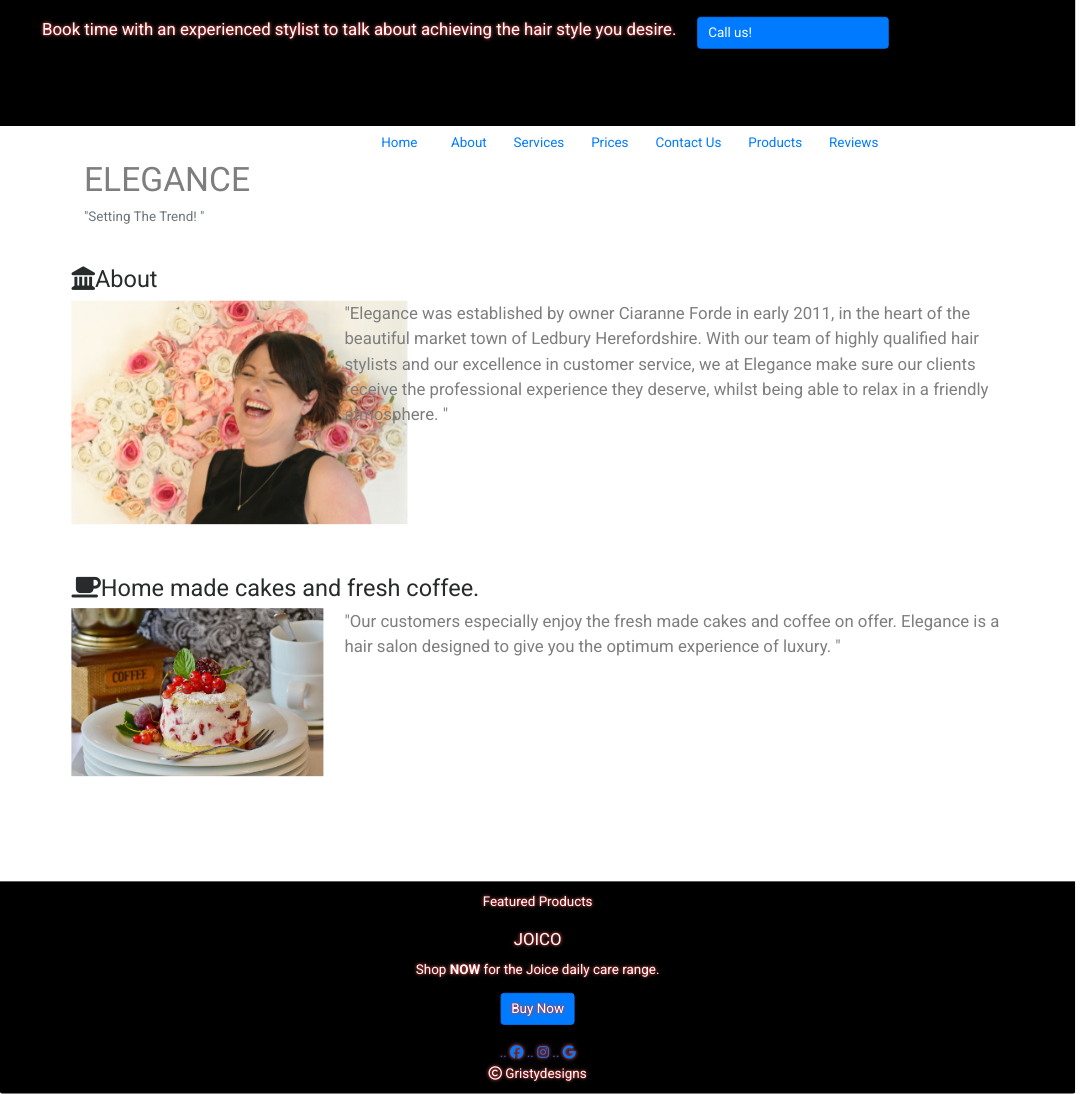
Repository: Gristydesigns/elegance-salon
Page: about.html
The author's editor kept a record of every edit. The page is drawn from the files as they stood at one moment, then again after the next edit.
The browser window is 1280 px wide. The page is 1295 px wide, so the pictures cover 1295 px, including what lies to the right of the window. The pictures show the whole page, at 84% of full size.
Some web libraries are served in a nearby version.

Above is the page before.
Console error: TypeError: Cannot read properties of undefined (reading 'fn')

After the next edit:
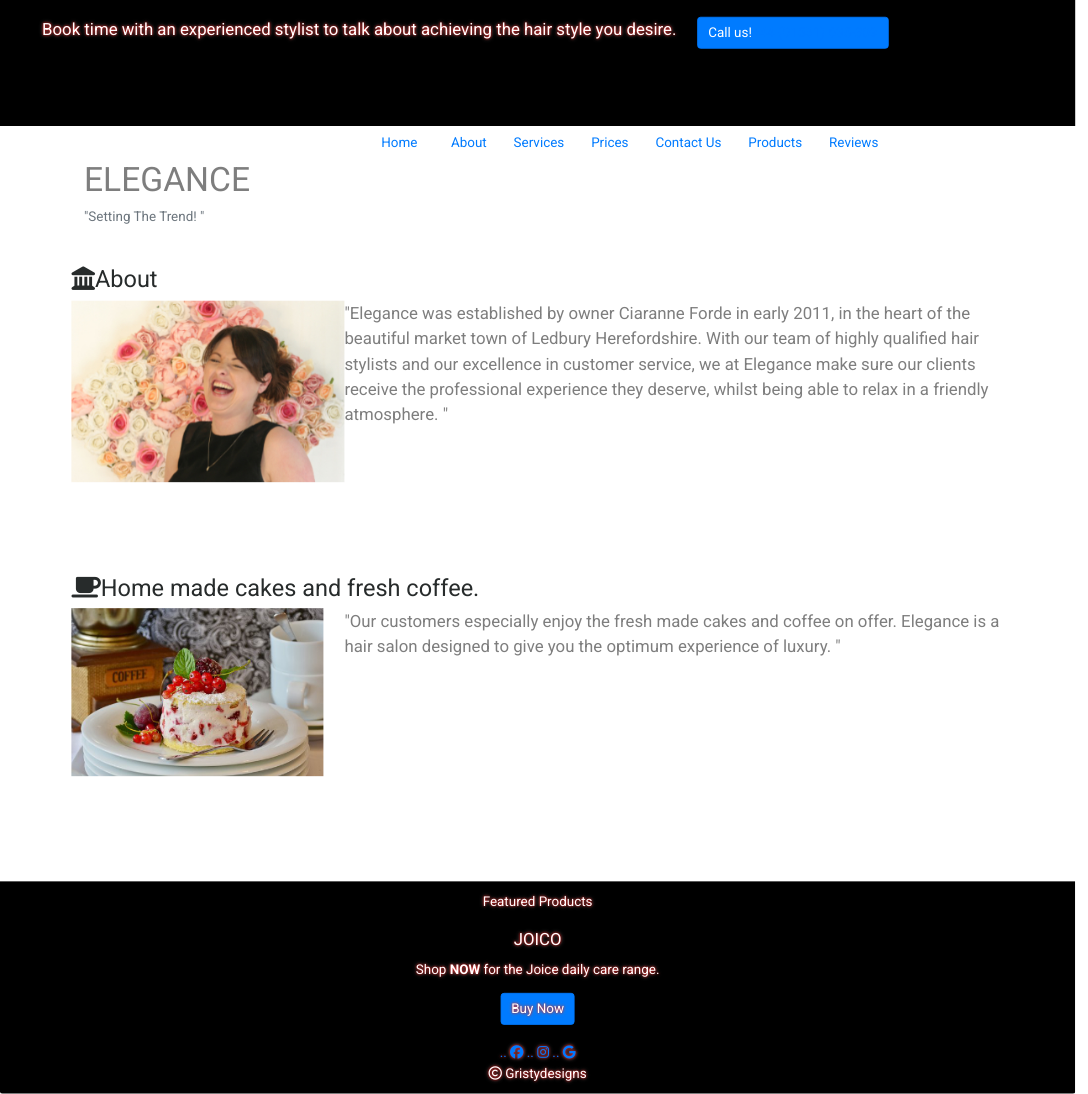
The edit:
--- a/about.html
+++ b/about.html
@@ -74,7 +74,7 @@
                 <div class="col 12  ">
                     <h3 class="text "><i class="fas fa-landmark"></i>About</h3>
                     <div class="media ">
-                        <img class="wrap" src="image/background400.jpg " class="img-fluid rounded " alt="Responsive image photo of store owner Ciaranne ">
+                        <img class="wrap" src="image/background325.jpg " class="img-fluid rounded " alt="Responsive image photo of store owner Ciaranne ">
                     </div>
                      <blockquote class="blockquote ">
                         <p>"Elegance was established by owner Ciaranne Forde in early 2011, in the heart of the beautiful market town of Ledbury Herefordshire. With our team of highly qualified hair stylists and our excellence in customer service, we at
